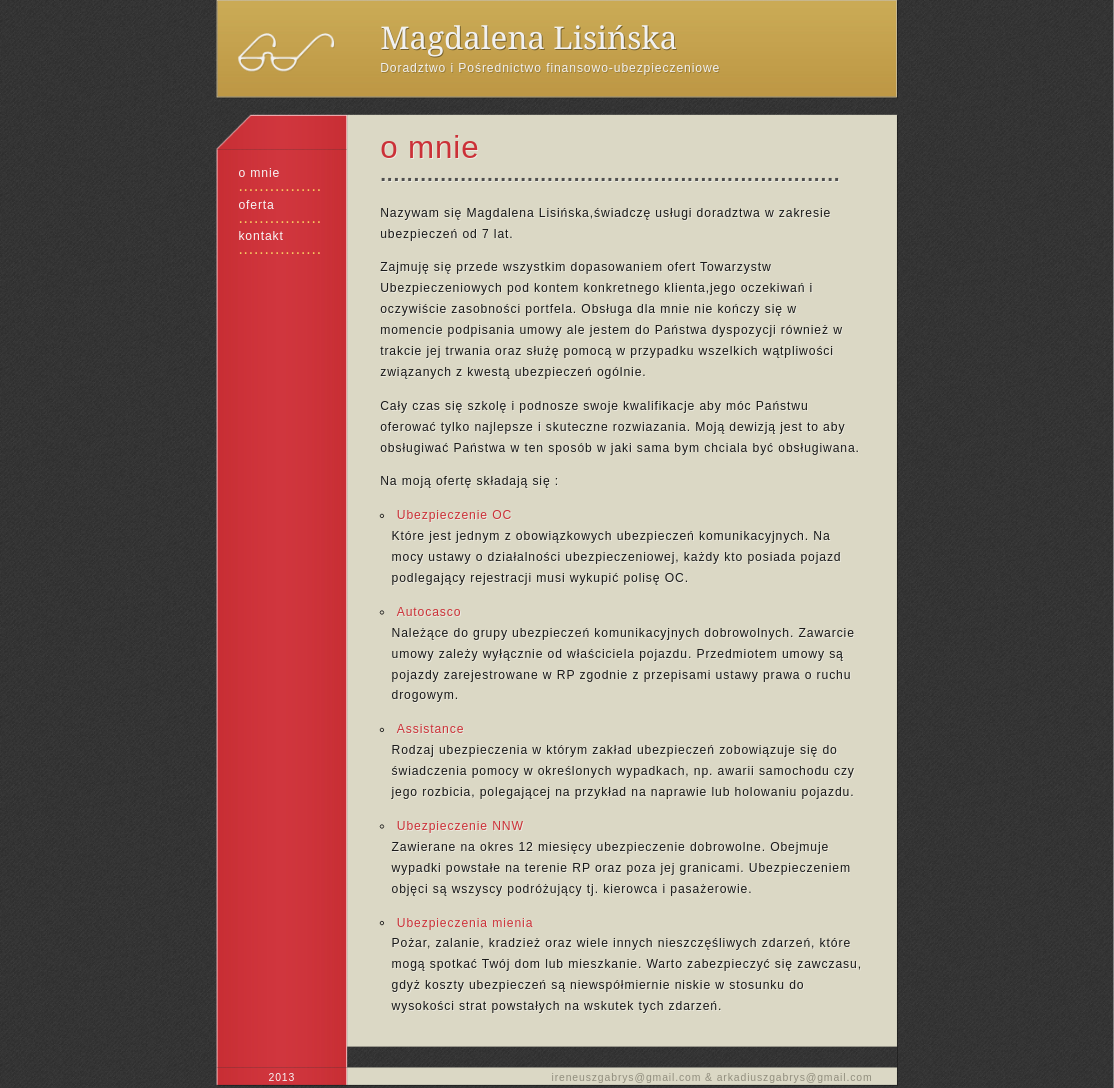
Repository: gabr/php_elicpse_workspace
Page: Magda Lisinska/index.html
An editor plug-in stored every save of this project. The page is shown before and after the next save, followed by the edit.
The browser window is 1280 px wide. The pictures show the whole page, at 87% of full size.

Above is the page before, as saved 2013-03-08 13:56:15.

### Magda Lisinska/index.html
<!DOCTYPE HTML>
<html>
<head>
<meta http-equiv="Content-Type" content="text/html; charset=utf-8">
<title>Magdalena Lisińska</title>
<!--
		<meta name="description" content="Add your sites description here">
		<meta name="keywords" content="Add,your,site,keywords,here">
		<link rel="icon" type="image/x-icon" href="../images/favicon.ico">
		-->
<link rel="stylesheet" type="text/css" href="css/reset.css"
  media="screen">
<link rel="stylesheet" type="text/css" href="css/style.css"
  media="screen">
<!-- <script src="js/jquery-1.9.1.js"></script>
        <script src="js/script.js"></script> -->
<!--[if lt IE 9]>
		<script src="js/html5shiv.js"></script>
		<![endif]-->
</head>

<body>
  <!-- head -->
  <div id="header">
    <a href="index.html" id="glasses"></a> <a href="index.html"
      id="header-title">
      <p id="title">Magdalena Lisińska</p>
      <p id="slogan">Doradztwo i Pośrednictwo
        finansowo-ubezpieczeniowe</p>
    </a>
    <div class="clear"></div>
  </div>

  <!-- body -->
  <div id="body">
    <!-- menu -->
    <div id="menu">
      <div id="menu-head"></div>
      <div id="menu-body" style="height: 1055px">
        <div id="menu-margin"></div>
        <ul>
          <li><a href="#">o mnie</a></li>
          <li class="line">................</li>
          <li><a href="#">oferta</a></li>
          <li class="line">................</li>
          <li><a href="kontakt.html">kontakt</a></li>
          <li class="line">................</li>
        </ul>
      </div>
    </div>
    <!-- content -->
    <div id="content">
      <div>
        <h1>o mnie</h1>
        <div class="line">.....................................................................</div>
        <p>Nazywam się Magdalena Lisińska,świadczę usługi doradztwa
          w zakresie ubezpieczeń od 7 lat.</p>
        <p>Zajmuję się przede wszystkim dopasowaniem ofert
          Towarzystw Ubezpieczeniowych pod kontem konkretnego
          klienta,jego oczekiwań i oczywiście zasobności portfela.
          Obsługa dla mnie nie kończy się w momencie podpisania umowy
          ale jestem do Państwa dyspozycji również w trakcie jej trwania
          oraz służę pomocą w przypadku wszelkich wątpliwości związanych
          z kwestą ubezpieczeń ogólnie.</p>
        <p>Cały czas się szkolę i podnosze swoje kwalifikacje aby
          móc Państwu oferować tylko najlepsze i skuteczne rozwiazania.
          Moją dewizją jest to aby obsługiwać Państwa w ten sposób w
          jaki sama bym chciala być obsługiwana.</p>
        <p>Na moją ofertę składają się :</p>
        <ul>
          <li><a target="_blank"
            href="http://www.grupa-arda.pl/ubezpieczenia/ubezpieczenia-oc.html?phpMyAdmin=3N6bEaCYBK2Jq4cIqrYr1X8wqk0">Ubezpieczenie
              OC</a>
            <p>Które jest jednym z obowiązkowych ubezpieczeń
              komunikacyjnych. Na mocy ustawy o działalności
              ubezpieczeniowej, każdy kto posiada pojazd podlegający
              rejestracji musi wykupić polisę OC.</p></li>
          <li><a target="_blank"
            href="http://www.grupa-arda.pl/ubezpieczenia/ubezpieczenia-autocasco.html?phpMyAdmin=3N6bEaCYBK2Jq4cIqrYr1X8wqk0">Autocasco</a>
            <p>Należące do grupy ubezpieczeń komunikacyjnych
              dobrowolnych. Zawarcie umowy zależy wyłącznie od
              właściciela pojazdu. Przedmiotem umowy są pojazdy
              zarejestrowane w RP zgodnie z przepisami ustawy prawa o
              ruchu drogowym.</p></li>
          <li><a target="_blank"
            href="http://www.grupa-arda.pl/ubezpieczenia/ubezpieczenia-assistance.html?phpMyAdmin=3N6bEaCYBK2Jq4cIqrYr1X8wqk0">Assistance</a>
            <p>Rodzaj ubezpieczenia w którym zakład ubezpieczeń
              zobowiązuje się do świadczenia pomocy w określonych
              wypadkach, np. awarii samochodu czy jego rozbicia,
              polegającej na przykład na naprawie lub holowaniu pojazdu.</p>
          </li>
          <li><a target="_blank"
            href="http://www.grupa-arda.pl/ubezpieczenia/ubezpieczenia-nnw.html?phpMyAdmin=3N6bEaCYBK2Jq4cIqrYr1X8wqk0">Ubezpieczenie
              NNW</a>
            <p>Zawierane na okres 12 miesięcy ubezpieczenie
              dobrowolne. Obejmuje wypadki powstałe na terenie RP oraz
              poza jej granicami. Ubezpieczeniem objęci są wszyscy
              podróżujący tj. kierowca i pasażerowie.</p></li>
          <li><a target="_blank"
            href="http://www.grupa-arda.pl/ubezpieczenia/ubezpieczenia-mienia.html?phpMyAdmin=3N6bEaCYBK2Jq4cIqrYr1X8wqk0">Ubezpieczenia
              mienia</a>
            <p>Pożar, zalanie, kradzież oraz wiele innych
              nieszczęśliwych zdarzeń, które mogą spotkać Twój dom lub
              mieszkanie. Warto zabezpieczyć się zawczasu, gdyż koszty
              ubezpieczeń są niewspółmiernie niskie w stosunku do
              wysokości strat powstałych na wskutek tych zdarzeń.</p></li>
        </ul>
      </div>
    </div>
    <div class="clear"></div>

    <!-- footer -->
    <div id="footer">
      <div id="left-footer">
        <p>2013</p>
      </div>
      <div id="right-footer">
        <p>ireneuszgabrys@gmail.com &amp;
          arkadiuszgabrys@gmail.com&ensp;&ensp;&ensp;&ensp;</p>
      </div>
      <div class="clear"></div>
    </div>

  </div>

</body>
</html>

### Magda Lisinska/css/reset.css
/*
html5doctor.com Reset Stylesheet
v1.6.1
Last Updated: 2010-09-17
Author: Richard Clark - http://richclarkdesign.com
Twitter: @rich_clark
*/

html, body, div, span, object, iframe,
h1, h2, h3, h4, h5, h6, p, blockquote, pre,
abbr, address, cite, code,
del, dfn, em, img, ins, kbd, q, samp,
small, strong, sub, sup, var,
b, i,
dl, dt, dd, ol, ul, li,
fieldset, form, label, legend,
table, caption, tbody, tfoot, thead, tr, th, td,
article, aside, canvas, details, figcaption, figure,
footer, header, hgroup, menu, nav, section, summary,
time, mark, audio, video {
margin:0;
padding:0;
border:0;
outline:0;
font-size:100%;
vertical-align:baseline;
background:transparent;
}

body {line-height:1;}

article,aside,details,figcaption,figure,
footer,header,hgroup,menu,nav,section {
display:block; zoom:1;
}

nav ul {list-style:none;}

blockquote, q {quotes:none;}

blockquote:before, blockquote:after,
q:before, q:after {
content:'';
content:none;
}

a {
margin:0;
padding:0;
font-size:100%;
vertical-align:baseline;
background:transparent;
}

/* change colours to suit your needs */
ins {
background-color:#ff9;
color:#000;
text-decoration:none;
}

/* change colours to suit your needs */
mark {
background-color:#ff9;
color:#000;
font-style:italic;
font-weight:bold;
}

del {text-decoration: line-through;}

abbr[title], dfn[title] {
border-bottom:1px dotted;
cursor:help;
}

table {
border-collapse:collapse;
border-spacing:0;
}

/* change border colour to suit your needs */
hr {
display:block;
height:1px;
border:0;
border-top:1px solid #cccccc;
margin:1em 0;
padding:0;
}

input, select {
vertical-align:middle;
}

### Magda Lisinska/css/style.css
/*  Main  */
body {
  background: url(../images/background.png);
  color: #000;
  font-family: Arial, Helvetica, sans-serif;
  font-size: 14px;
  letter-spacing: 1px;
}

p {
  color: #181818;
  text-align: left;
  margin: 0px 0px 15px 0px;
  line-height: 24px;
}

a {
  color: #cb3138;
  text-decoration: none;
}

a:hover {
  text-decoration: underline;
}

h1 {
  margin: 20px 0px 0px 0px;
  font-size: 36px;
  color: #cb3138;
  font-weight: normal;
}

img {
  float: left;
  margin: 5px 10px 0px 0px;
  border: 1px solid #363636;
  box-shadow: 1px 1px 0px rgba(255, 255, 255, 0.5);
}

.line {
  -webkit-touch-callout: none;
  -webkit-user-select: none;
  -khtml-user-select: none;
  -moz-user-select: none;
  -ms-user-select: none;
  user-select: none;
}

.clear {
  clear: both;
}

/* Header */
#header {
  background: url(../images/header.jpg);
  width: 780px;
  height: 110px;
  margin: 0 auto;
  border: 1px solid #dbc89a;
  box-shadow: 1px 1px 0px rgba(0, 0, 0, 0.4)
}

#glasses {
  background: url(../images/glasses.png);
  width: 112px;
  height: 45px;
  margin: 37px 0px 0px 23px;
  display: block;
  outline: none;
  float: left;
}

#header-title {
  float: left;
  margin: 30px 0px 0px 52px;
  outline: none;
  text-decoration: none;
}

#title {
  margin: 0px 0px 0px 0px;
  color: #f1f1f1;
  text-shadow: 1px 1px 0px rgba(0, 0, 0, 0.4);
  font-family: Georgia, Times New Roman, Times;
  font-size: 36px;
  letter-spacing: 0px;
}

#slogan {
  color: #f1f1f1;
  text-shadow: 1px 1px 0px rgba(0, 0, 0, 0.2);
  margin: 11px 0px 0px 0px;
}

/* Body */
#body {
  margin: 0 auto;
  margin-top: 20px;
  width: 782px;
  box-shadow: 1px 1px 0px rgba(0, 0, 0, 0.4);
}

/* Menu */
#menu {
  float: left;
  width: 150px;
}

#menu-head {
  background: url(../images/menu_head.png);
  height: 40px;
}

#menu-body {
  background: url(../images/menu.jpg);
  min-height: 200px;
}

#menu-margin {
  height: 20px;
}

#menu-body ul {
  width: 100px;
  margin: 0 auto;
  list-style: none;
}

#menu-body a {
  color: #f7f7f7;
  text-decoration: none;
}

#menu-body li>a:hover {
  font-weight: bold;
}

#menu-body li.line {
  font-size: 18px;
  color: #f7cb61;
  margin: -1px 0px 5px 0px;
}

/* Content */
#content {
  float: left;
  width: 632px;
  min-height: 200px;
  background: #dbd8c5;
  text-shadow: 1px 1px 0px rgba(255, 255, 255, 0.5);
  padding-bottom: 20px;
}

#content>div {
  margin: 0px 38px 0px 38px;
}

#content .line {
  margin: 0px 0px 20px 0px;
  font-size: 24px;
  color: #4f4f4f;
  font-weight: bold;
}

#content ul {
  list-style-type: circle;
  list-style-position: inside;
}

#content ul li {
  text-decoration: none;
  font-family: Arial, Helvetica, sans-serif;
  font-size: 14px;
  letter-spacing: 1px;
  color: #181818;
  text-align: left;
  margin: 0px 0px 15px 0px;
  line-height: 24px;
}

#content ul li p {
  margin-left: 13px;
}

#content iframe {
  margin: 20px auto 2px auto;
}

#google-maps {
  float: right;
  margin-right: 6px;
}

/* Footer */
#footer {
  width: 782px;
}

#left-footer {
  background: url(../images/menu.jpg);
  width: 150px;
  height: 20px;
  float: left;
}

#left-footer p {
  color: #f7f7f7;
  text-align: center;
  font-size: 12px;
}

#right-footer {
  float: right;
  width: 632px;
  height: 20px;
  background: #dbd8c5;
}

#right-footer p {
  color: #918e7e;
  text-align: right;
  font-size: 12px;
}

After the next save:
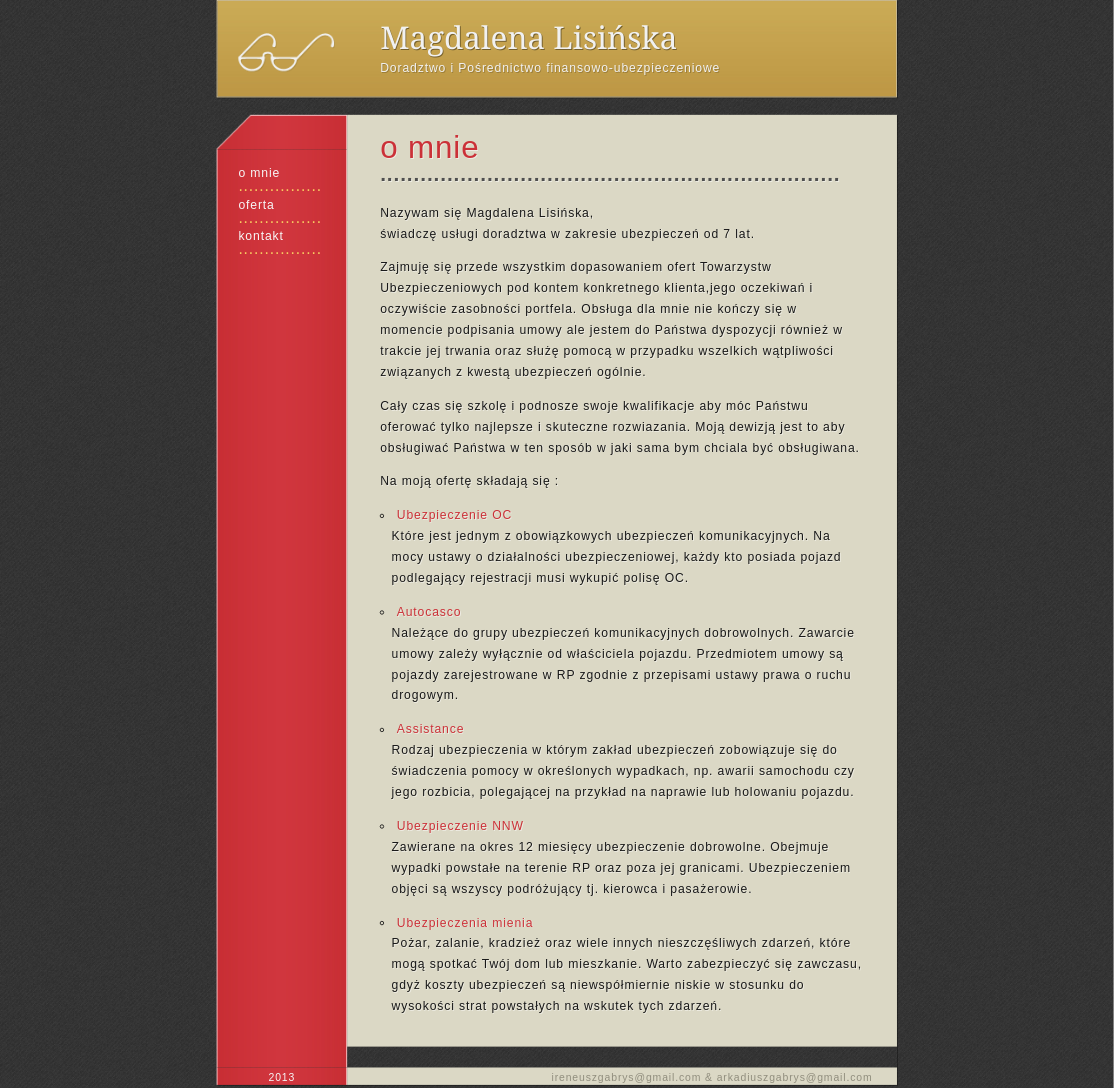
Saved 27 s later.
--- a/Magda Lisinska/index.html
+++ b/Magda Lisinska/index.html
@@ -53,7 +53,7 @@
       <div>
         <h1>o mnie</h1>
         <div class="line">.....................................................................</div>
-        <p>Nazywam się Magdalena Lisińska,świadczę usługi doradztwa
+        <p>Nazywam się Magdalena Lisińska,<br>świadczę usługi doradztwa
           w zakresie ubezpieczeń od 7 lat.</p>
         <p>Zajmuję się przede wszystkim dopasowaniem ofert
           Towarzystw Ubezpieczeniowych pod kontem konkretnego
